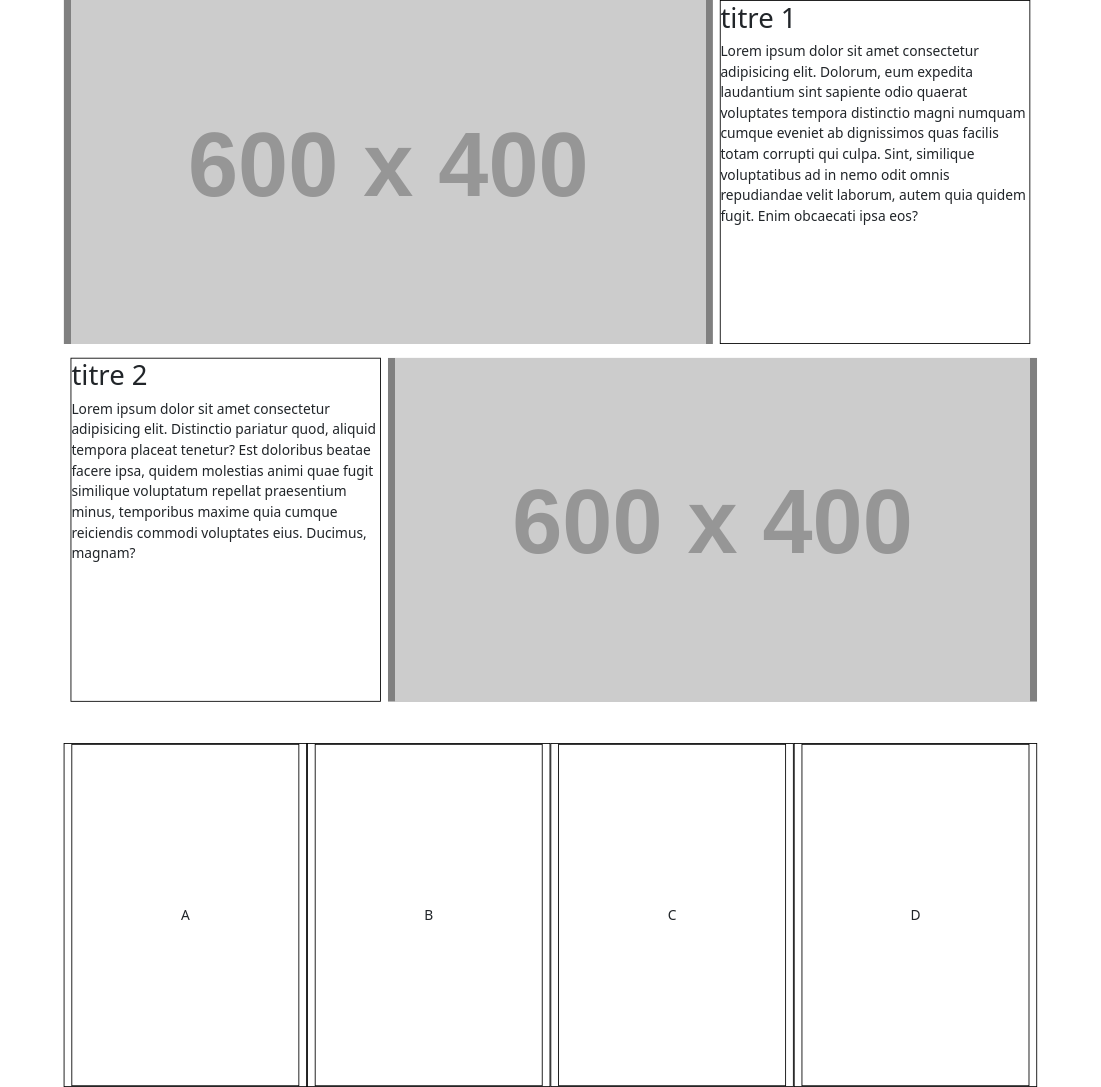
Repository: fbansept/ran4_24
Page: correction-tp.html
The author's editor kept a copy of each file at every save. The page is drawn from the files as they stood at one save, then again after a run of saves.
The browser window is 1280 px wide. The pictures show the whole page, at 86% of full size.

Above is the page before, as saved 2024-10-22 10:01:00.

### correction-tp.html
<!DOCTYPE html>
<html lang="en">
  <head>
    <meta charset="UTF-8" />
    <meta name="viewport" content="width=device-width, initial-scale=1.0" />
    <title>Document</title>

    <link
      href="https://cdn.jsdelivr.net/npm/bootstrap@5.3.3/dist/css/bootstrap.min.css"
      rel="stylesheet"
      integrity="sha384-QWTKZyjpPEjISv5WaRU9OFeRpok6YctnYmDr5pNlyT2bRjXh0JMhjY6hW+ALEwIH"
      crossorigin="anonymous"
    />
    <script
      defer
      src="https://cdn.jsdelivr.net/npm/bootstrap@5.3.3/dist/js/bootstrap.bundle.min.js"
      integrity="sha384-YvpcrYf0tY3lHB60NNkmXc5s9fDVZLESaAA55NDzOxhy9GkcIdslK1eN7N6jIeHz"
      crossorigin="anonymous"
    ></script>

    <link rel="stylesheet" href="style.css" />
  </head>
  <body class="container">
    <section class="row mb-lg-3 g-3">
      <img
        class="col-md-6 col-lg-8"
        src="https://placehold.co/600x400"
        alt=""
      />
      <article class="col-md-6 col-lg-4">
        <div>
          <h2>titre 1</h2>
          <p>
            Lorem ipsum dolor sit amet consectetur adipisicing elit. Dolorum,
            eum expedita laudantium sint sapiente odio quaerat voluptates
            tempora distinctio magni numquam cumque eveniet ab dignissimos quas
            facilis totam corrupti qui culpa. Sint, similique voluptatibus ad in
            nemo odit omnis repudiandae velit laborum, autem quia quidem fugit.
            Enim obcaecati ipsa eos?
          </p>
        </div>
      </article>
      <article class="col-md-6 col-lg-4">
        <div>
          <h2>titre 2</h2>
          <p>
            Lorem ipsum dolor sit amet consectetur adipisicing elit. Distinctio
            pariatur quod, aliquid tempora placeat tenetur? Est doloribus beatae
            facere ipsa, quidem molestias animi quae fugit similique voluptatum
            repellat praesentium minus, temporibus maxime quia cumque reiciendis
            commodi voluptates eius. Ducimus, magnam?
          </p>
        </div>
      </article>
      <img
        class="col-md-6 col-lg-8"
        src="https://placehold.co/600x400"
        alt=""
      />
    </section>
    <section
      class="row row-cols-1 row-cols-md-2 row-cols-lg-4 g-3 g-md-0 g-lg-3 mt-2 mt-md-3"
    >
      <div class="col">
        <div><span>A</span></div>
      </div>
      <div class="col">
        <div><span>B</span></div>
      </div>
      <div class="col">
        <div><span>C</span></div>
      </div>
      <div class="col">
        <div><span>D</span></div>
      </div>
    </section>
  </body>
</html>

### style.css
section > article,
section > div,
section > img {
  height: 400px;
}

section > article > div,
section > div {
  border: 1px solid black;
}

section > article > div {
  height: 100%;
}

section > div > div {
  border: solid 1px black;
  width: 100%;
  height: 100%;

  display: flex;
  align-items: center;
  justify-content: center;
}

section > img {
  object-fit: cover;
  background-color: grey;
}

body {
  display: flex;
  flex-direction: column;
}

After the next 3 saves:
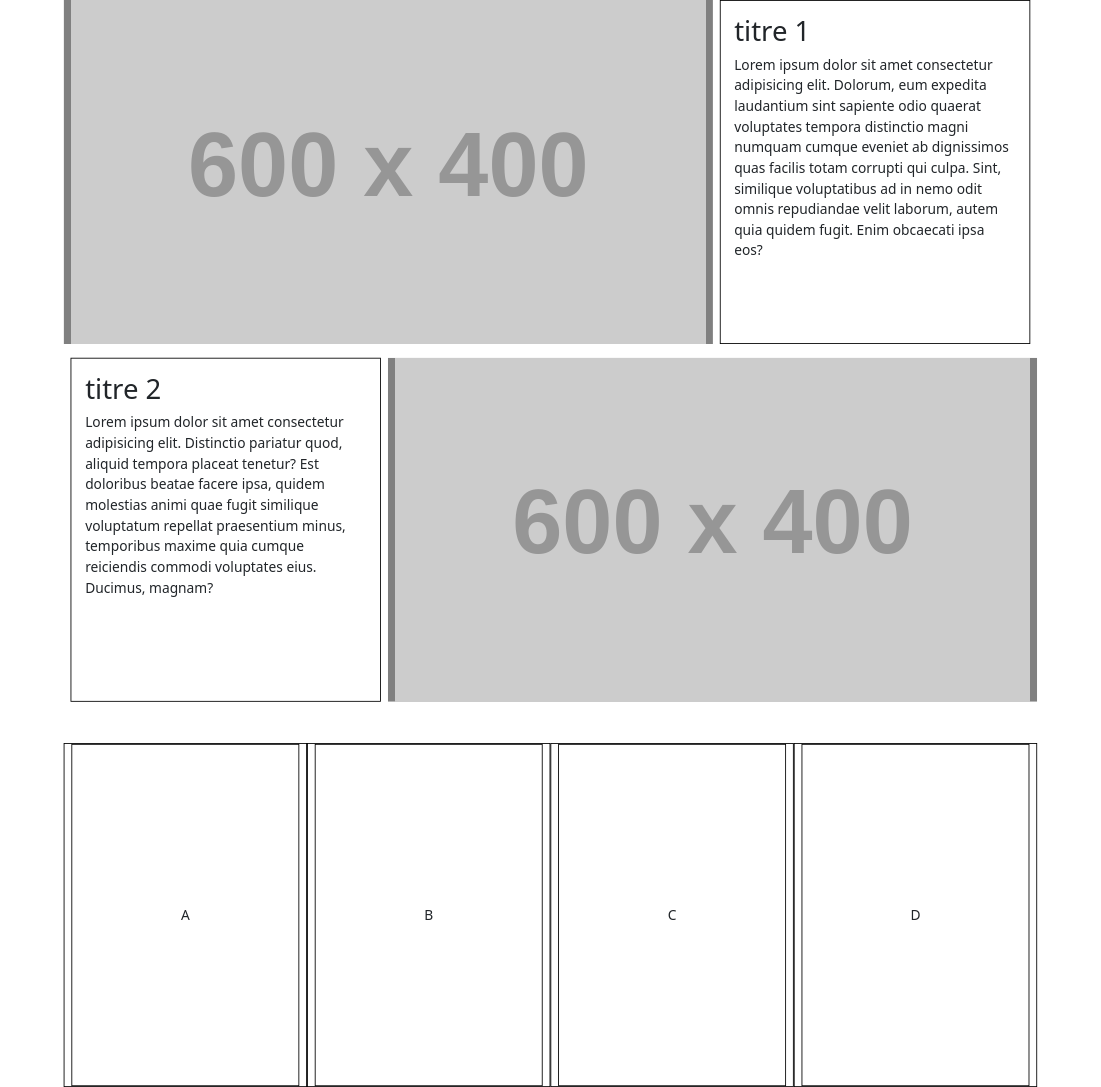
The 3 saves are shown as one change because they came seconds apart.
The last was saved 12 s later.
--- a/style.css
+++ b/style.css
@@ -11,6 +11,7 @@ section > div {
 
 section > article > div {
   height: 100%;
+  padding: 1em;
 }
 
 section > div > div {
